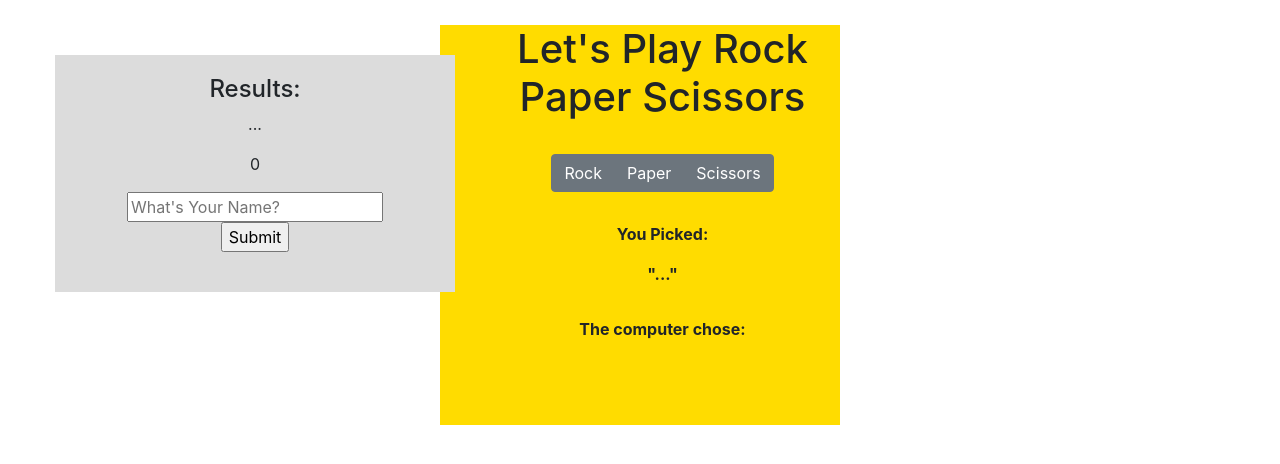
Repository: mskurnickcode/coupleDo
Page: http://localhost/
The author's editor kept a record of every edit. The page is drawn from the files as they stood at one moment, then again after the next edit.
The browser window is 1280 px wide. The pictures show the whole page.
The page is served by the project's application, run on Flask 3 (Rock/application.py).

Above is the page before.

### ubuntu/Rock/templates/index.html
<!DOCTYPE HTML>

<html lang="en">
    <head>
        <title>Rock Paper Scissors</title>
        <link href="static/css_image/styles.css" rel="stylesheet">
        <link href="https://stackpath.bootstrapcdn.com/bootstrap/4.5.0/css/bootstrap.min.css" rel="stylesheet">
    </head>
    <body>
        <div class="resultBox">
            <h4>Results:</h4>
            <p id ="win">...</p>
            <form action= "/" method = "post">
                <p name = "score" id ="winCount">0</p>
                <input id="name" name="name" type = "text" placeholder="What's Your Name?">
                <input id="submit" type = "submit">
            </form>
        </div>
        <div class= "center">
            <div class="title">
                <h1>Let's Play Rock Paper Scissors</h1>
            </div>
            <div id= "btn-grp" class="btn-group" role="group" aria-label="Basic example">
                <button id="rock" type="button" class="btn btn-secondary">Rock</button>
                <button id="paper" type="button" class="btn btn-secondary">Paper</button>
                <button id="scissors" type="button" class="btn btn-secondary">Scissors</button>
            </div>
            <div class="answer">
                <p>You Picked:</p><p id= "answer"> "..." </p>
                <p class = "compAnswer"> The computer chose: </p>
                <p id= "compAnswer"></p>
            </div>
        </div>
        <script src="static/css_image/rps.js"></script>
    </body>

### ubuntu/Rock/application.py
from flask import Flask, redirect, render_template, request
from cs50 import SQL

app = Flask(__name__)

leaders = []

@app.route("/", methods = ["GET", "POST"])
def add():
    if request.method == "GET":
        return render_template("/index.html")
    else:
        leader = request.form.get("name")
        leaders.append(leader)
        return redirect("/leaderboard")

@app.route("/leaderboard")
def leaderboard ():
    return render_template("leaderboard.html", leaders = leaders)

### ubuntu/Rock/static/css_image/styles.css
* {
  box-sizing: border-box;
}

body {
padding: 25px;
}

.center {
  background-color: #FFDC00;
  width: 400px;
  height: 400px;
  margin: 0 auto;
  text-align: center;
}

.btn-group {
  padding-top: 25px;
  display: block;
  margin-left: auto;
  margin-right: auto;
}

.answer {
  padding-top: 30px;
  font-weight: bold;
}

.compAnswer {
  padding-top: 15px;
}

.media {
  height: 75px;
  width: 75px;
}

.resultBox {
  float: left;
  background-color:	#DCDCDC;
  margin: 30px;
  padding: 20px 40px 40px;
  max-width: 400px;
  text-align: center;
}

### ubuntu/Rock/static/css_image/rps.js
var comp = document.createElement("BUTTON");
var node = document.createTextNode("This is a new paragraph.");
var element = document.getElementById("compAnswer");
let answers = ["Rock", "Paper", "Scissors"];

var total_wins = 0;

function random() { return Math.floor(Math.random() * 3-1) + 1;}

let answer = document.querySelector('#answer')
        document.querySelector('#rock').onclick = function() {
            answer.innerHTML = "Rock";
            comp.appendChild(node);
            let int = random ()
            comp.innerHTML= answers[int]
            element.appendChild(comp);

            let a = answer.innerHTML;
            let b = comp.innerHTML;
            let result = winner(a,b);

            update_results(result, total_wins)

        }
        document.querySelector('#paper').onclick = function() {
            answer.innerHTML = "Paper"
            comp.appendChild(node);
            let int = random ()
            comp.innerHTML= answers[int]
            element.appendChild(comp);

            let a = answer.innerHTML;
            let b = comp.innerHTML;
            let result = winner(a,b);

            update_results(result, total_wins)
        }
        document.querySelector('#scissors').onclick = function() {
            answer.innerHTML="Scissors"
            comp.appendChild(node);
            let int = random ()
            comp.innerHTML= answers[int]
            element.appendChild(comp);

            let a = answer.innerHTML;
            let b = comp.innerHTML;
            let result = winner(a,b);

            update_results(result, total_wins)
        }


function winner (a,b) {
    var awins = 0;
    var alosses = 0;
    var ties = 0;

    if(a == b) ties++;
    else {
             if(a=="Rock" && b=="Scissors") awins++;
        else if(a=="Rock" && b=="Paper") alosses++;
        else if(a=="Paper" && b=="Scissors") alosses++;
        else if(a=="Paper" && b=="Rock") awins++;
        else if(a=="Scissors" && b=="Paper") awins++;
        else if(a=="Scissors" && b=="Rock") alosses++;
    }

    if (awins > 0) {
        total_wins++;
        return "You Win"
    }

    if (alosses > 0) {
        return "You Lose"
    }

    if (ties > 0) {
        return "It's a tie"
    }
}


function update_results (result, total_wins) {

    var element = document.getElementById("win");
    element.innerHTML= result

    if (result == "You Win") {
        var winCount = document.getElementById("winCount")
        winCount.innerHTML = total_wins
    }
}

After the next edit:
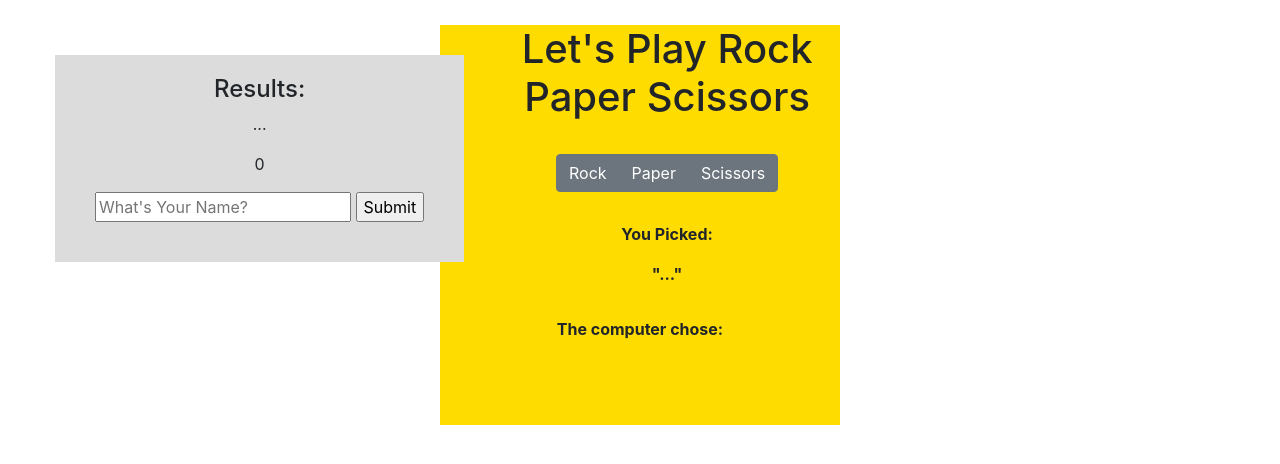
The edit:
--- a/ubuntu/Rock/static/css_image/styles.css
+++ b/ubuntu/Rock/static/css_image/styles.css
@@ -40,6 +40,6 @@
   background-color:	#DCDCDC;
   margin: 30px;
   padding: 20px 40px 40px;
-  max-width: 400px;
+  max-width: 500px;
   text-align: center;
 }
